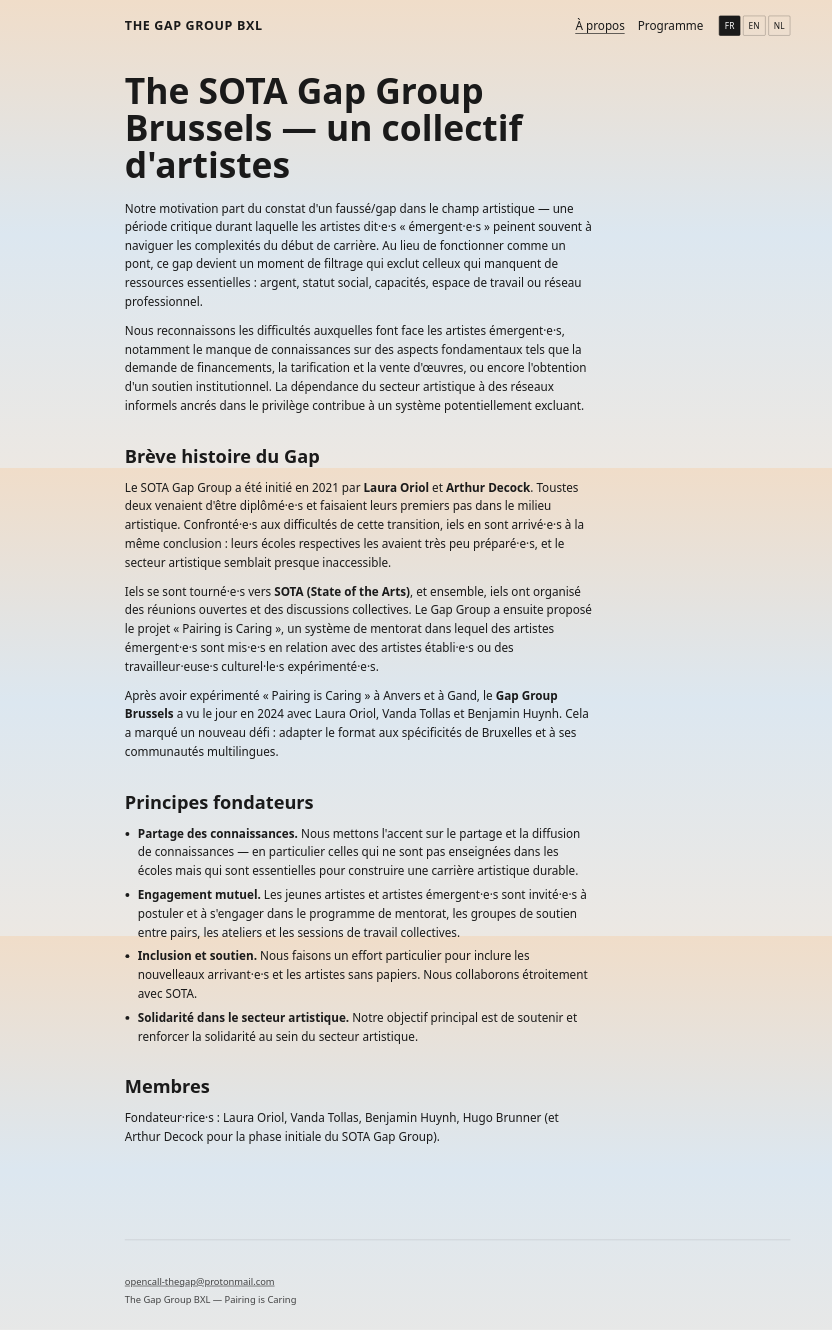
Repository: brunrhb/GAP
Page: about.html
The author's editor kept a copy of each file at every save. The page is drawn from the files as they stood at one save, then again after the next save.
The browser window is 1280 px wide. The pictures show the whole page, at 65% of full size.
Backgrounds fixed to the window are drawn as part of the page. Some web fonts or font styles are not loaded; a fallback is used.

Above is the page before, as saved 2026-05-21 14:40:53.

After the next save:
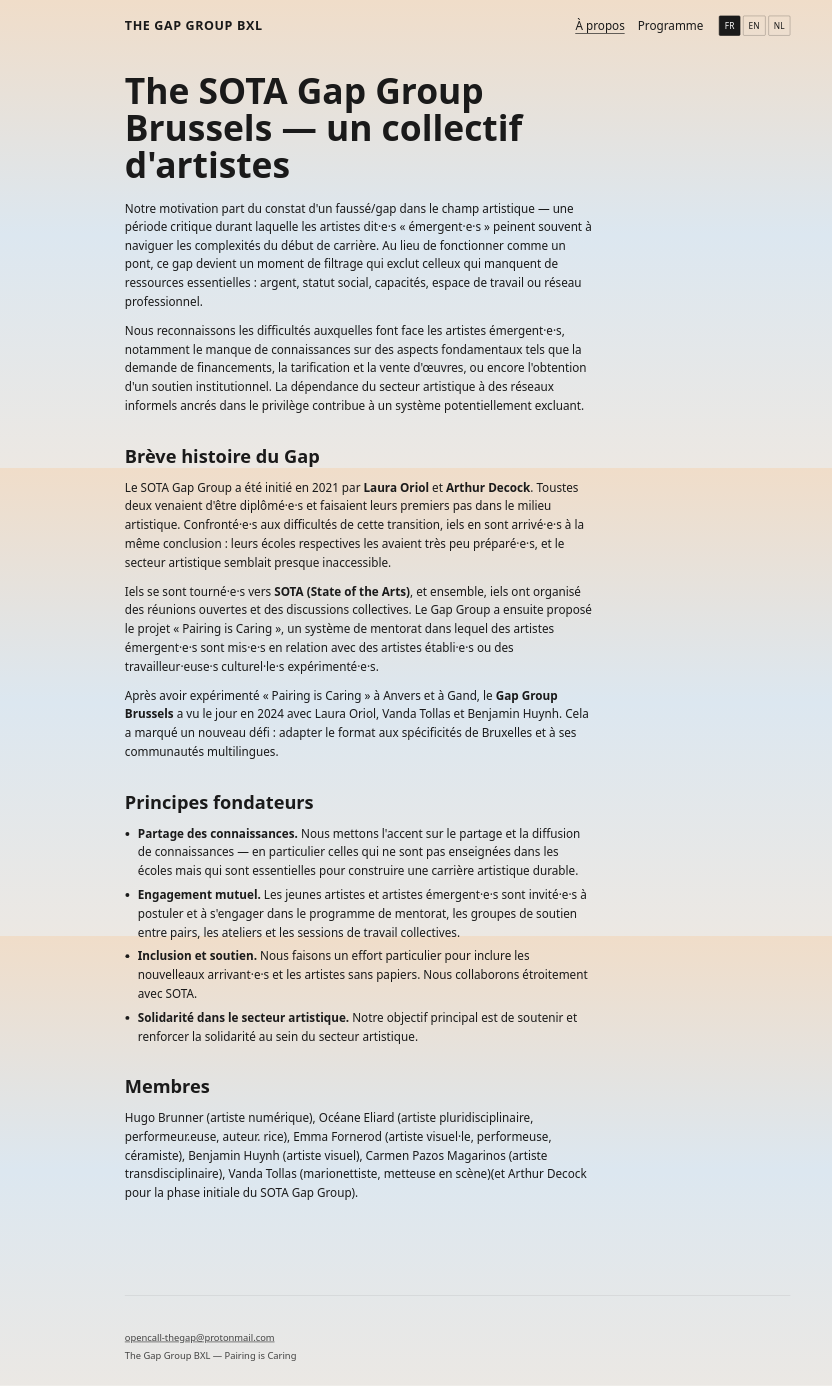
Saved 70 s later.
--- a/about.html
+++ b/about.html
@@ -49,7 +49,10 @@
       </ul>
 
       <h2>Membres</h2>
-      <p>Fondateur·rice·s : Laura Oriol, Vanda Tollas, Benjamin Huynh, Hugo Brunner (et Arthur Decock pour la phase initiale du SOTA Gap Group).</p>
+      <p>Hugo Brunner (artiste numérique), Océane Eliard (artiste pluridisciplinaire, performeur.euse, auteur.
+rice), Emma Fornerod (artiste visuel·le, performeuse, céramiste), Benjamin Huynh (artiste visuel),
+Carmen Pazos Magarinos (artiste transdisciplinaire), Vanda Tollas (marionettiste, metteuse en
+scène)(et Arthur Decock pour la phase initiale du SOTA Gap Group).</p>
     </article>
 
     <!-- ============ ENGLISH ============ -->
